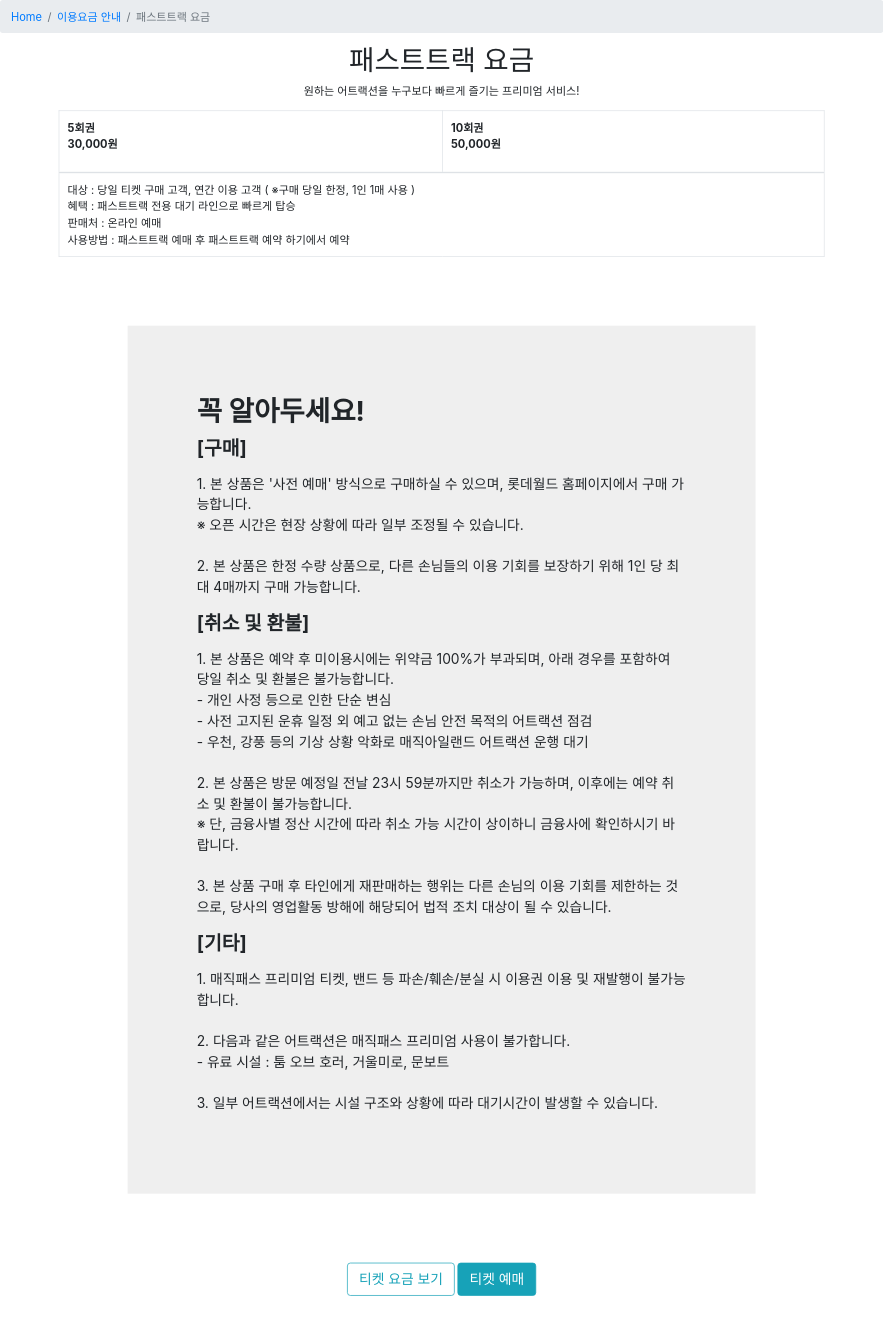
Repository: ppeace1216/team
Page: http://localhost/team/webapps/charge/fastInfo.jsp
The author's editor kept a copy of each file at every save. The page is drawn from the files as they stood at one save, then again after the next save.
The browser window is 1280 px wide. The pictures show the whole page, at 69% of full size.
The page is served by Tomcat 9. The template is opened directly, without the code that normally fills it, so the values that code supplies are empty.

Above is the page before, as saved 2022-12-18 13:50:28.

After the next save:
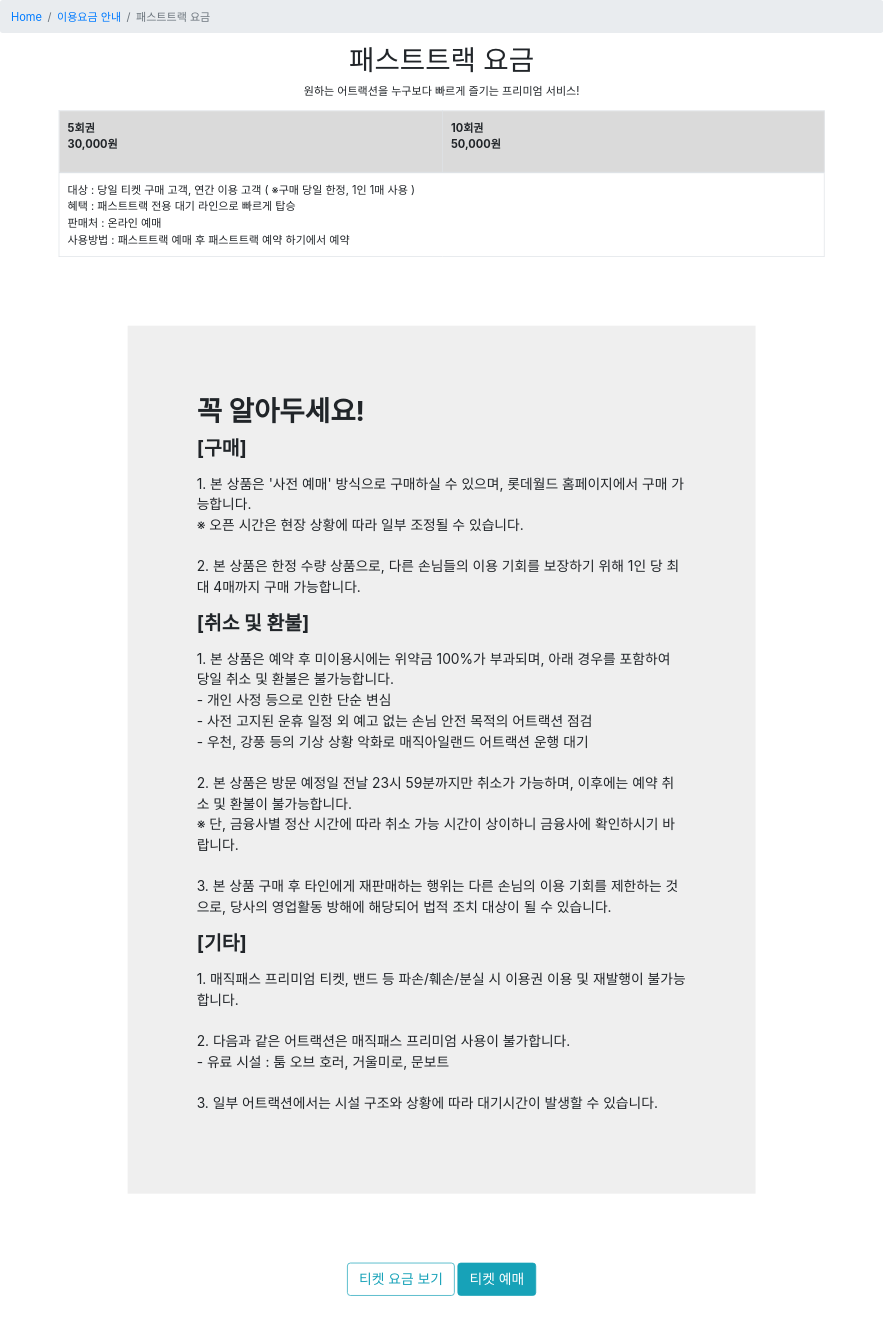
Saved 9 s later.
--- a/team/webapps/charge/fastInfo.jsp
+++ b/team/webapps/charge/fastInfo.jsp
@@ -47,7 +47,7 @@
     </div>
     <table class="table table-bordered">
         <thead>
-          <tr>
+          <tr class="table-active">
             <th scope="col"><span class="tl">5회권</span><p>30,000원</p></th>
             <th scope="col"><span>10회권</span><p>50,000원</p></th>
           </tr>
